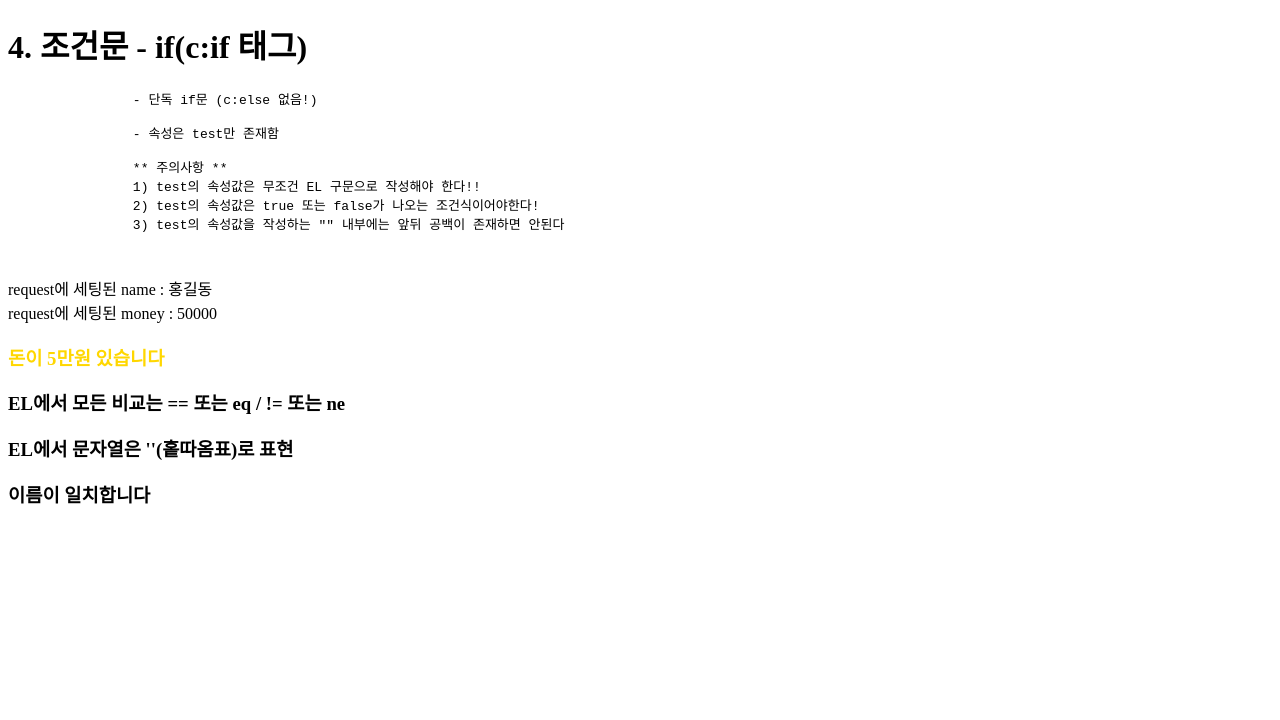
Repository: Rabsterd/6_Server
Page: http://localhost/JSPProject2/jstl/condition
The author's editor kept a copy of each file at every save. The page is drawn from the files as they stood at one save, then again after the next save.
The browser window is 1280 px wide. The pictures show the whole page.
The page is served by Tomcat 9. Other server files are loaded and not shown.

Above is the page before, as saved 2023-09-20 00:28:06.

### JSPProject2/src/main/webapp/WEB-INF/views/jstl/condition.jsp
<%@ page language="java" contentType="text/html; charset=UTF-8"
    pageEncoding="UTF-8"%>

<%@ taglib prefix="c" uri="http://java.sun.com/jsp/jstl/core" %>

<!DOCTYPE html>
<html>
<head>
<meta charset="UTF-8">
<title>JSTL 조건문</title>
</head>
<body>

	<h1>4. 조건문 - if(c:if 태그)</h1>

	<pre>
		- 단독 if문 (c:else 없음!)

		- 속성은 test만 존재함

		** 주의사항 **
		1) test의 속성값은 무조건 EL 구문으로 작성해야 한다!!
		2) test의 속성값은 true 또는 false가 나오는 조건식이어야한다!
		3) test의 속성값을 작성하는 "" 내부에는 앞뒤 공백이 존재하면 안된다

	</pre>

	request에 세팅된 name : ${name} <%-- 홍길동 --%>
	<br>
	request에 세팅된 money : ${money} <%-- 50000 --%>

	<br>

	<c:if test= "${ money == 50000 }">
		<h3 style="color:gold"> 돈이 5만원 있습니다</h3>
	</c:if>

	<h3>EL에서 모든 비교는 == 또는 eq / != 또는 ne</h3>
	<%--					같다		같지 않다 --%>
	<h3>EL에서 문자열은 ''(홑따옴표)로 표현</h3>

	<c:if test="${name eq '홍길동'}">
		<h3>이름이 일치합니다</h3>
	</c:if>

	<c:if test="${name ne '홍길동'}">
		<h3>이름이 일치하지 않습니다</h3>
	</c:if>

</body>
</html>

### JSPProject2/src/main/java/edu/kh/jsp/controller/JSTLConditionController.java
package edu.kh.jsp.controller;

import java.io.IOException;

import javax.servlet.ServletException;
import javax.servlet.annotation.WebServlet;
import javax.servlet.http.HttpServlet;
import javax.servlet.http.HttpServletRequest;
import javax.servlet.http.HttpServletResponse;

@WebServlet("/jstl/condition")
public class JSTLConditionController extends HttpServlet{

	@Override
	protected void doGet(HttpServletRequest req, HttpServletResponse resp) throws ServletException, IOException {

		req.setAttribute("name", "홍길동");
		req.setAttribute("money", 50000);

		req.getRequestDispatcher("/WEB-INF/views/jstl/condition.jsp").forward(req, resp);

	}
}

After the next save:
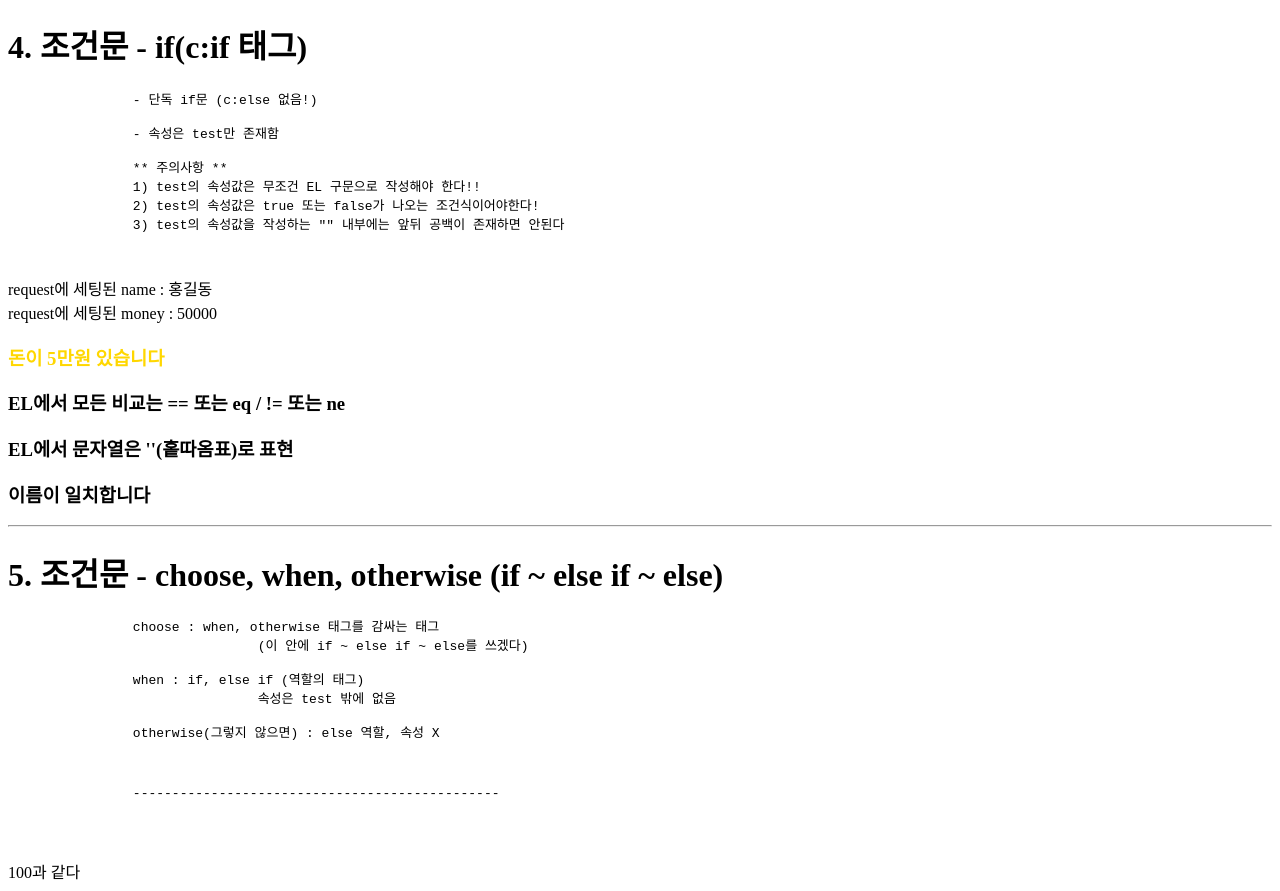
Saved 9 min 20 s later.
--- a/JSPProject2/src/main/webapp/WEB-INF/views/jstl/condition.jsp
+++ b/JSPProject2/src/main/webapp/WEB-INF/views/jstl/condition.jsp
@@ -47,5 +47,50 @@
 		<h3>이름이 일치하지 않습니다</h3>
 	</c:if>
 
+	<hr>
+
+	<h1>5. 조건문 - choose, when, otherwise (if ~ else if ~ else)</h1>
+	<pre>
+		choose : when, otherwise 태그를 감싸는 태그
+				(이 안에 if ~ else if ~ else를 쓰겠다)
+
+		when : if, else if (역할의 태그)
+				속성은 test 밖에 없음
+
+		otherwise(그렇지 않으면) : else 역할, 속성 X
+
+
+
+		-----------------------------------------------
+
+		<%--
+
+		lt (litte) : < 미만
+		gt (greater) : > 초과
+
+		le(litte or equal) : <= 이하
+		ge(greater or equal) : >= 이상
+
+		--%>
+	</pre>
+
+	<%-- queryString : 주소에 작성된 파라미터 문자열 --%>
+
+
+	<c:choose>
+		<c:when test="${param.val gt 100}">
+			100 초과
+		</c:when>
+
+		<c:when test="${param.val < 100}">
+			100 미만
+		</c:when>
+
+		<c:otherwise>
+			100과 같다
+		</c:otherwise>
+	</c:choose>
+
+
 </body>
 </html>
